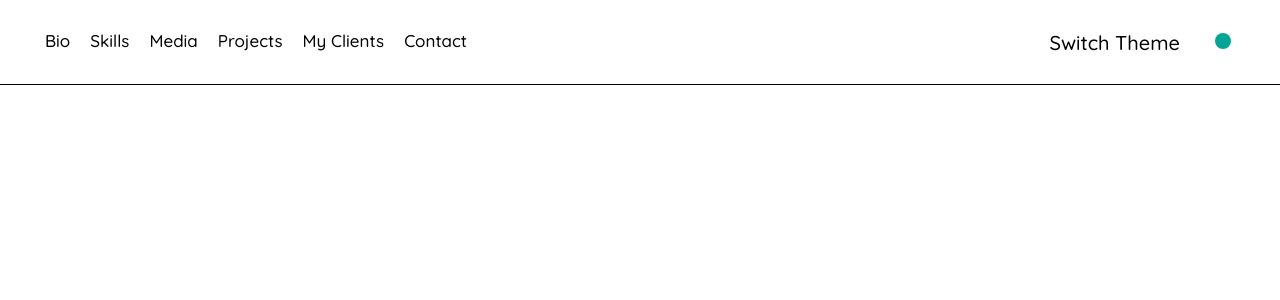
Repository: benarafa1/personal-website
Page: index.html
These files come from the project's save history. The page is drawn as it stood at one moment and after the next save; the edit follows.
The browser window is 1280 px wide. The pictures show the whole page.
The first `.toggle-checkbox` is checked.

Above is the page before, as saved 2025-04-11 18:23:28.

After the next save:
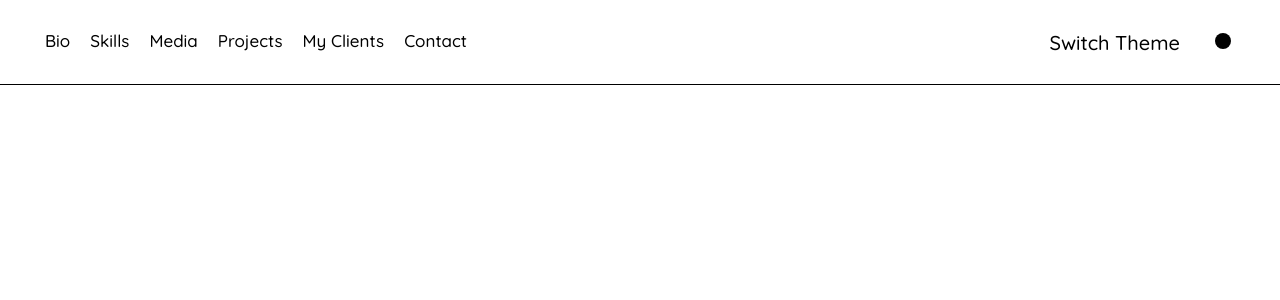
Saved 17 s later.
--- a/style.css
+++ b/style.css
@@ -148,7 +148,7 @@ html {
   background-color: var(--color-white);
 }
 .toggle-checkbox:checked + .toggle-label::before {
-  background-color: var(--color-green);
+  background-color: var(--color-black);
   transform: translateX(2.1rem);
 }
 
